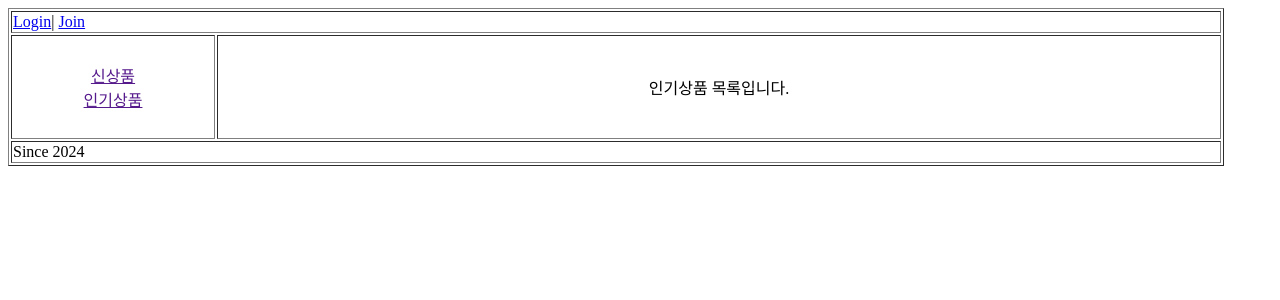
Repository: BancaKim/teamproject4
Page: http://localhost/JspDay3/Template/template.jsp
These files come from the project's save history. The page is drawn as it stood at one moment and after the next save; the edit follows.
The browser window is 1280 px wide. The pictures show the whole page.
The page is served by Tomcat 9.

Above is the page before, as saved 2024-05-02 03:33:20.

### JspDay3/src/main/webapp/Template/template.jsp
<%@ page language="java" contentType="text/html; charset=EUC-KR"
    pageEncoding="EUC-KR"%>
<!DOCTYPE html>
<html>
<head>
<meta charset="EUC-KR">
<title>Insert title here</title>
</head>
<body>

<table border='1'>
<tr>
<td colspan="2"><%@ include file="top.jsp" %>
</td></tr>
<tr>
<td width="200px"><%@ include file="left.jsp" %></td>
<td width="1000px" height="100px">
<center>
인기상품 목록입니다.
</center>
</td>
</tr>
<tr>
<td colspan="2">Since 2024</td>
</tr>
</table>
</body>
</html>

### JspDay3/src/main/webapp/Template/top.jsp
<%@ page language="java" contentType="text/html; charset=EUC-KR"
    pageEncoding="EUC-KR"%>
<!DOCTYPE html>
<html>
<head>
<meta charset="EUC-KR">
<title>Insert title here</title>
</head>
<body>
<a href="#">Login</a>|
<a href="#">Join</a>
</body>
</html>

### JspDay3/src/main/webapp/Template/left.jsp
<%@ page language="java" contentType="text/html; charset=EUC-KR"
    pageEncoding="EUC-KR"%>
<!DOCTYPE html>
<html>
<head>
<meta charset="EUC-KR">
<title>Insert title here</title>
</head>
<body>
<center>
	<div><a href="">신상품</div>
	<div><a href="">인기상품</div>
</center>
</body>
</html>

### JspDay3/src/main/webapp/Template/bottom.jsp
<%@ page language="java" contentType="text/html; charset=EUC-KR"
    pageEncoding="EUC-KR"%>
<!DOCTYPE html>
<html>
<head>
<meta charset="EUC-KR">
<title>Insert title here</title>
</head>
<body>
<center>
Since 2024
</center>
</body>
</html>

After the next save:
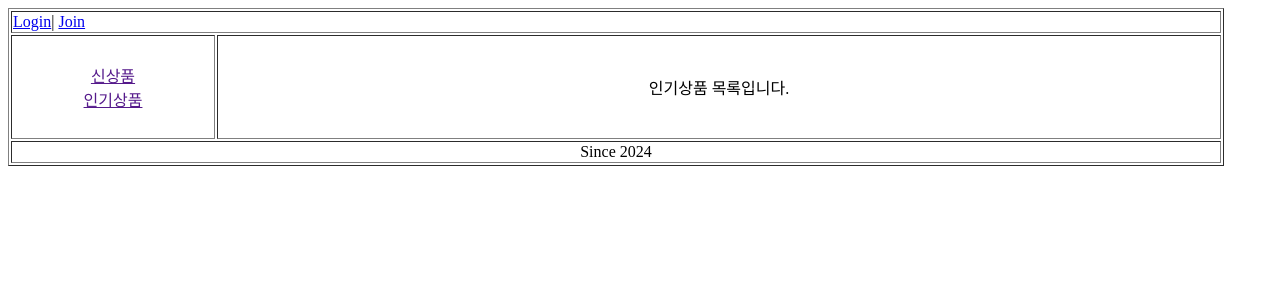
Saved 29 s later.
--- a/JspDay3/src/main/webapp/Template/template.jsp
+++ b/JspDay3/src/main/webapp/Template/template.jsp
@@ -21,7 +21,7 @@
 </td>
 </tr>
 <tr>
-<td colspan="2">Since 2024</td>
+<td colspan="2"><%@ include file="bottom.jsp" %></td>
 </tr>
 </table>
 </body>
